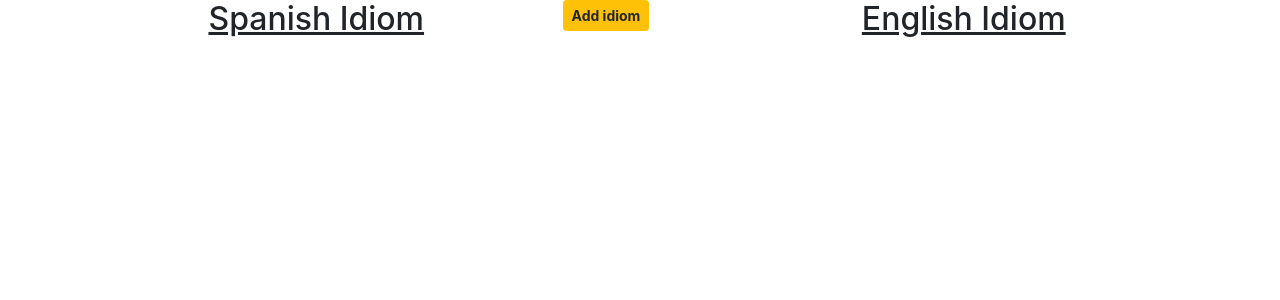
Repository: JK27/idioms-english-spanish
Page: http://localhost/
The author's editor kept a record of every edit. The page is drawn from the files as they stood at one moment, then again after the next edit.
The browser window is 1280 px wide. The pictures show the whole page.
Some web libraries are served in a nearby version. The page is served by the project's application, run on Flask 3 (idioms.py). Queries for data that is not in the repository find no rows.

Above is the page before.
Console error: TypeError: Cannot read properties of undefined (reading 'fn')

### templates/idioms.html
{% extends "base.html" %} {% block content %}

<div class="row">
    <div class="col-5">
        <h2>Spanish Idiom</h2>
    </div>
    <div class="col-2">
        <a class="btn btn-warning btn-sm" href="{{url_for('add_idiom')}}" role="button"><strong>Add idiom</strong></a>
    </div>
    <div class="col-5">
        <h2>English Idiom</h2>
    </div>
</div>
{% for idiom in idioms %}

<div class="row">
    <div class="card col-5">
        <div class="card-body">
            <h5 class="card-title"><em>"{{idiom.spanish_idiom}}"</em></h5>
            <p class="card-text"> {{idiom.english_literal}}</p>
            <p class="card-text">{{idiom.english_meaning}}</p>
        </div>
    </div>
    <div class="card middle-column col-2">
        <h5 class="card-title"><em>Equivalent idiom</em></h5>
        <p class="card-text">Literal translation</p>
        <p class="card-text">Meaning</p>
        <a class="btn btn-primary btn-sm" href="{{url_for('edit_idiom', idiom_id=idiom._id)}}" role="button"><strong>Edit this idiom</strong></a>
        <a class="btn btn-danger btn-sm" href="{{url_for('delete_idiom', idiom_id=idiom._id)}}" role="button"><strong>Delete this idiom</strong></a>

    </div>

    <div class="card col-5">
        <div class="card-body">
            <h5 class="card-title"><em>"{{idiom.english_idiom}}"</em></h5>
            <p class="card-text">{{idiom.spanish_literal}}</p>
            <p class="card-text">{{idiom.spanish_meaning}}</p>
        </div>
    </div>

</div>

{% endfor %} {% endblock %}

### templates/base.html
<!DOCTYPE html>
<html lang="en">

<head>
    <meta charset="UTF-8">
    <meta name="viewport" content="width=device-width, initial-scale=1.0">
    <meta http-equiv="X-UA-Compatible" content="ie=edge">

    <link href="https://stackpath.bootstrapcdn.com/bootstrap/4.3.1/css/bootstrap.min.css" rel="stylesheet" integrity="sha384-ggOyR0iXCbMQv3Xipma34MD+dH/1fQ784/j6cY/iJTQUOhcWr7x9JvoRxT2MZw1T" crossorigin="anonymous">
    <link rel="stylesheet" href="{{url_for('static', filename='css/style.css')}}" type="text/css" />

    <script src="https://kit.fontawesome.com/5d6ba07855.js"></script>
    <script src="https://stackpath.bootstrapcdn.com/bootstrap/4.3.1/js/bootstrap.min.js" integrity="sha384-JjSmVgyd0p3pXB1rRibZUAYoIIy6OrQ6VrjIEaFf/nJGzIxFDsf4x0xIM+B07jRM" crossorigin="anonymous"></script>

    <title>Idioms English - Spanish</title>
</head>

<body>
    <div class="container">
        {% block content %} {% endblock %}
    </div>
</body>

</html>

### idioms.py
import os
from flask import Flask, render_template, redirect, request, url_for
from flask_pymongo import PyMongo
from bson.objectid import ObjectId

app = Flask(__name__)

app.config["MONGO_DBNAME"] = "idioms-and-proverbs"
app.config["MONGO_URI"] = "mongodb+srv://jk27:07diciembre18@cluster0-9pga0.mongodb.net/idioms-and-proverbs?retryWrites=true&w=majority"

mongo = PyMongo(app)

@app.route("/")
@app.route("/get_idioms")
def get_idioms():
    return render_template("idioms.html", idioms=mongo.db.idioms.find())

# ---------------------------------------------------------------------     Functions to add idioms -- #
@app.route("/add_idiom")
def add_idiom():
    return render_template("addidiom.html")

@app.route("/insert_idiom", methods=["POST"])                           #-- Data from form in addidiom.html is posted using this function...
def insert_idiom():
    idioms = mongo.db.idioms                                            #-- ... data is inserted to the idioms database...
    idioms.insert_one(request.form.to_dict())                           #-- ... inserting one item to the dictionary...
    return redirect(url_for("get_idioms"))                              #-- ... and then redirecting to /get_idioms

# ---------------------------------------------------------------------     Functions to edit idioms -- #
@app.route("/edit_idiom/ <idiom_id>")
def edit_idiom(idiom_id):                                               #-- Use idiom_id to target the idiom that want to edit
    the_idiom = mongo.db.idioms.find_one({"_id":ObjectId(idiom_id)})    #-- Retrieve the idiom from the idioms database, using its id to find it...
    return render_template("editidiom.html", idiom=the_idiom)           #-- ... and then redirecting to /editidiom.html

@app.route("/update_idiom/<idiom_id>", methods=["POST"])                #-- Data from form in editidiom.html is posted using this function...
def update_idiom(idiom_id):
    idioms = mongo.db.idioms                                            #-- ... data is updated in the idioms database...
    idioms.update({"_id":ObjectId(idiom_id)},                           #-- ... updating the item with a specific id...
    {
        "spanish_idiom": request.form.get("spanish_idiom"),             #-- ... each field for that item will be updated taking the input from...
        "english_literal": request.form.get("english_literal"),         #-- ... the corresponding field on the form
        "english_meaning": request.form.get("english_meaning"),
        "english_idiom": request.form.get("english_idiom"),
        "spanish_literal": request.form.get("spanish_literal"),
        "spanish_meaning": request.form.get("spanish_meaning")
    })
    return redirect(url_for("get_idioms"))

# -------------------------------------------------------------------- Function to delete idioms -- #
@app.route("/delete_idiom/<idiom_id>")
def delete_idiom(idiom_id):
    mongo.db.idioms.remove({"_id": ObjectId(idiom_id)})
    return redirect(url_for("get_idioms"))

if __name__ == "__main__":
    app.run(host=os.environ.get("IP"),
            port=int(os.environ.get("PORT")),
            debug=True)

### static/css/style.css
h2 {
    text-align: center;
    text-decoration: underline;
}

.row {
    margin-right: 0px;
    margin-left: 0px;
}

.middle-column {
    border: 0;
    padding-top: 20px;
    text-align: center;
}

.card {
    margin-bottom: 15px;
}

After the next edit:
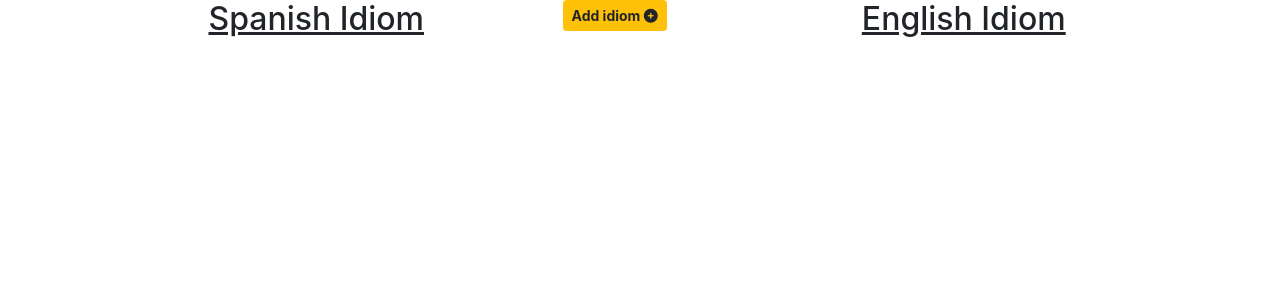
The edit:
--- a/templates/idioms.html
+++ b/templates/idioms.html
@@ -5,7 +5,7 @@
         <h2>Spanish Idiom</h2>
     </div>
     <div class="col-2">
-        <a class="btn btn-warning btn-sm" href="{{url_for('add_idiom')}}" role="button"><strong>Add idiom</strong></a>
+        <a class="btn btn-warning btn-sm" href="{{url_for('add_idiom')}}" role="button"><strong>Add idiom </strong><i class="fas fa-plus-circle"></i></a>
     </div>
     <div class="col-5">
         <h2>English Idiom</h2>
